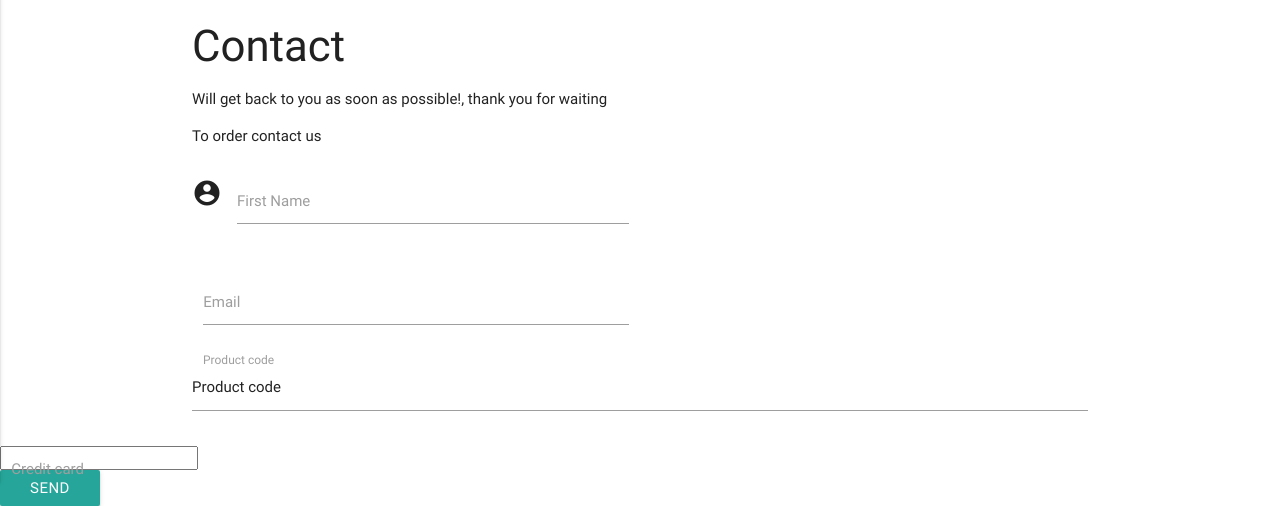
Repository: eazeldon/project-recipes-online-3
Page: http://localhost/contact
The author's editor kept a record of every edit. The page is drawn from the files as they stood at one moment, then again after the next edit.
The browser window is 1280 px wide. The pictures show the part of the page from y = 298 to 804 px (the page is 804 px tall).
Some web libraries are served in a nearby version. The page is served by the project's application, run on Flask 3 (app.py).

Above is the page before.

### templates/contact.html
{% extends 'base.html' %} {% block content %}
<h3>Contact</h3>

        <p>Will get back to you as soon as possible!, thank you for waiting</p>
        <p>To order contact us</p>

 <div class="row">
    <form class="col s12">
      <div class="row">
        <div class="input-field col s6">
          <i class="material-icons prefix">account_circle</i>
          <input id="icon_prefix" type="text" class="validate">
          <label for="icon_prefix">First Name</label>
        </div>
        </div>
<!---------
        <div class="input-field col s6">
          <i class="material-icons prefix">phone</i>
          <input id="icon_telephone" type="tel" class="validate">
          <label for="icon_telephone">Telephone</label>
        </div>
--------->



       <div class="input-field col s6">
          <input id="email" type="email" class="validate">
          <label for="email">Email</label>
          <span class="helper-text" data-error="wrong" data-success="right"></span>
        </div>
      </div>
     <div class="input-field col s6">
      <input value="Product code" id="product_code2" type="text" class="validate">
      <label class="active" for="product_code2">Product code</label>
    </div>
  </div>
  <div class="input-field col s6">
          <input id="credit" type="credit" class="validate">
          <label for="credit">Credit card</label>
          </div>
   </form>
</div>
<button type="submit" class="btn btn-secondary center-block">Send</button>
















<!--------------
<div class="row">
    <form class="col s12">
      <div class="row">
        <div class="input-field col s6">
          <i class="material-icons prefix">account_circle</i>
          <input id="icon_prefix" type="text" class="validate">
          <label for="icon_prefix">First Name</label>

          <div class="input-field col s12">
          <i class="material-icons prefix">phone</i>
          <input id="icon_telephone" type="tel" class="validate">
          <label for="icon_telephone">Telephone</label>
        </div>
       </div>
    </form>
  </div>
</div>
 <div class="row">
    <form class="col s12">
      <div class="row">
        <div class="input-field col s6">
          <input id="email" type="email" class="validate">
          <label for="email">Email</label>
          <span class="helper-text" data-error="wrong" data-success="right">Email Address</span>
        </div>
      </div>
    </form>
  </div>
 <div class="row">
    <form class="col s12">
      <div class="row"><div class="input-field col s6">
          <textarea id="icon_prefix2" class="materialize-textarea"></textarea>
          <label for="icon_prefix2">Product code</label>
          <i class="material-icons prefix2">card_travel</i>

             <input type="credit" name="credit">Credit card
            <label for="icon_prefix2">Cride card</label>
           <textarea id="icon_prefix2" class="materialize-textarea"></textarea>
        </div>
      </div>
      <button type="submit" class="btn btn-secondary center-block">Send</button>
    </form>
  </div>

<!-------------
<div class="row">
    <a href="{{url_for('contact')}}" class="waves-effect waves-light btn">
     <i class="material-icons right">SEND</i>
    </a>
</div>

---------->


{% endblock %}

### templates/base.html
<!DOCTYPE html>
<html lang="en">
<head>
    <meta charset="UTF-8">
    <meta name="viewport" content="width=device-width, initial-scale=1.0">
    <meta http-equiv="X-UA-Compatible" content="ie=edge">
    <title>Recipes-online-cookbook-project-3</title>


    <link href="https://fonts.googleapis.com/icon?family=Material+Icons" rel="stylesheet">
    <link rel="stylesheet" href="https://cdnjs.cloudflare.com/ajax/libs/materialize/0.100.2/css/materialize.min.css" type="text/css" />
    <link rel="stylesheet" href="{{url_for('static', filename='css/style.css')}}" type="text/css" />

</head>
<body>
<header>
        <nav>
            <div class="nav-wrapper">
                <a href="{{url_for('get_tasks')}}" class="brand-logo">Sugar Factory</a>
                <a href="#" data-activates="mobile-demo" class="button-collapse"><i class="material-icons">menu</i></a>
                <ul id="nav-mobile" class="right hide-on-med-and-down">

                    <li><a href="{{url_for('get_tasks')}}">Home</a></li>
                      <li><a href="{{url_for('recipes')}}">Recipes</a></li>
                    <li><a href="{{url_for('contact')}}">Contact</a></li>
                     <li><a href="{{url_for('products')}}">Products</a></li>
                     <li><a href="{{url_for('statistic')}}">Statistic</a></li>
                     <li><a href="{{url_for('get_categories')}}">Post</a></li>

                </ul>
                <ul class="side-nav" id="mobile-demo">


                     <li><a href="{{url_for('home')}}">Home</a></li>
                      <li><a href="{{url_for('recipes')}}">Recipes</a></li>
                     <li><a href="{{url_for('contact')}}">Contact</a></li>
                     <li><a href="{{url_for('products')}}">Products</a></li>
                      <li><a href="{{url_for('statistic')}}">Statistic</a></li>
                     <li><a href="{{url_for('get_categories')}}">Post</a></li>

                </ul>
            </div>
        </nav>

    <div class="row">
    <div class="col s12" style="background-image: url('https://www.bakedblooms.com/wp-content/uploads/2018/09/7F10A2AD-087F-4D1A-B7CD-E37C59668E2B-1200x550.jpeg')">

    <div class="opaque-overlay">&nbsp;</div>


      <div class="row">
        <div class="col s12">
          <div class="my_class" center-align>

           <h1>Sugar Factory from the maker</h1>

           <div class="my_class center-align"><h3>of recipes online</h3></span>
             </div>
           </div>
        </div>
        </div>
      </div>
    </div>







    </header>



    <div class="container">
        {% block content %} {% endblock %}
    </div>


    <script src="https://cdnjs.cloudflare.com/ajax/libs/jquery/3.2.1/jquery.min.js"></script>
    <script src="https://cdnjs.cloudflare.com/ajax/libs/materialize/0.100.2/js/materialize.min.js"></script>
    <script type="text/javascript">
        $(document).ready(function() {
            $('.collapsible').collapsible();
            $('select').material_select();
            $(".button-collapse").sideNav();
        })
    </script>



</body>
</html>

### app.py
import os
from flask import Flask, render_template, redirect, request, url_for
from flask_pymongo import PyMongo
from bson.objectid import ObjectId

app = Flask(__name__)
app.config["MONGO_DBNAME"] = 'recipes_book'
app.config["MONGO_URI"] = 'mongodb+srv://cakes:CakeSusr@myfirstcluster-ctiu9.mongodb.net/task_manager?retryWrites=true&w=majority'


mongo = PyMongo(app)



@app.route('/')
@app.route('/get_tasks')
def get_tasks():
    return render_template("tasks.html",  tasks=mongo.db.tasks.find())

@app.route('/add_task')
def add_task():
   return render_template('addtask.html', categories=mongo.db.categories.find())

@app.route('/home')
def home():
    return render_template("home.html")



@app.route('/recipes')
def recipes():
    return render_template("recipes.html")










@app.route('/contact')
def contact():


    return render_template("contact.html")







@app.route('/products')
def products():
    return render_template("products.html")



@app.route('/statistic')
def statistic():
    return render_template("statistic.html")





@app.route('/get_categories')
def get_categories():
    return render_template('categories.html',
                           categories=mongo.db.categories.find())

@app.route('/delete_category/<category_id>')
def delete_category(category_id):
   mongo.db.categories.remove({'_id': ObjectId(category_id)})
   return redirect(url_for('get_categories'))


@app.route('/edit_category/<category_id>')
def edit_category(category_id):
    return render_template('editcategory.html',
    category=mongo.db.categories.find_one({'_id': ObjectId(category_id)}))


@app.route('/update_category/<category_id>', methods=['POST'])
def update_category(category_id):
    mongo.db.categories.update(
        {'_id': ObjectId(category_id)},
        {'category_name': request.form.get('category_name')})
    return redirect(url_for('get_categories'))


@app.route('/insert_category', methods=['POST'])
def insert_category():
    category_doc = {'category_name': request.form.get('category_name')}
    mongo.db.categories.insert_one(category_doc)
    return redirect(url_for('get_categories'))


@app.route('/add_categories')
def add_category():
    return render_template('addcategories.html')

if __name__ == '__main__':
    app.run(host=os.environ.get('IP'),
            port=int(os.environ.get('PORT')),
            debug=True)

### static/css/style.css
.my_class {
    color:white;
}
.btn_small {
    height: 24px;
    width: 60px;
    line-height: 24px;
    margin: 5px 5px;
    padding: 0 0.5em;
}

After the next edit:
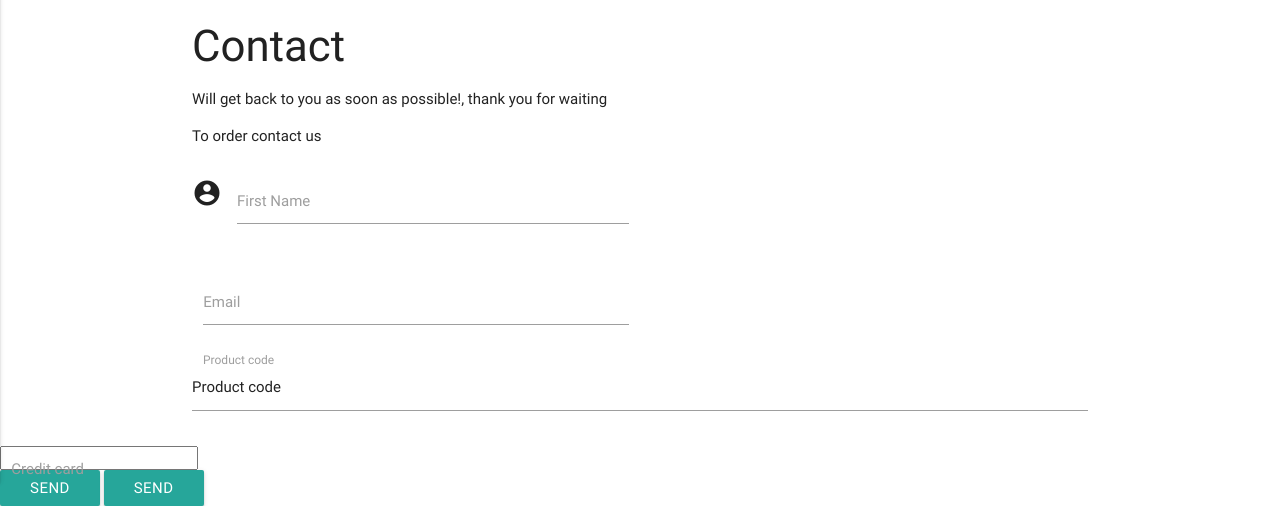
The edit:
--- a/templates/contact.html
+++ b/templates/contact.html
@@ -38,9 +38,11 @@
           <input id="credit" type="credit" class="validate">
           <label for="credit">Credit card</label>
           </div>
-   </form>
-</div>
-<button type="submit" class="btn btn-secondary center-block">Send</button>
+      <button type="submit" class="btn btn-secondary center-block">Send</button>
+
+      </form>
+    </div>
+    <button type="submit" class="btn btn-secondary center-block">Send</button>
 
 
 

After the edit that followed:
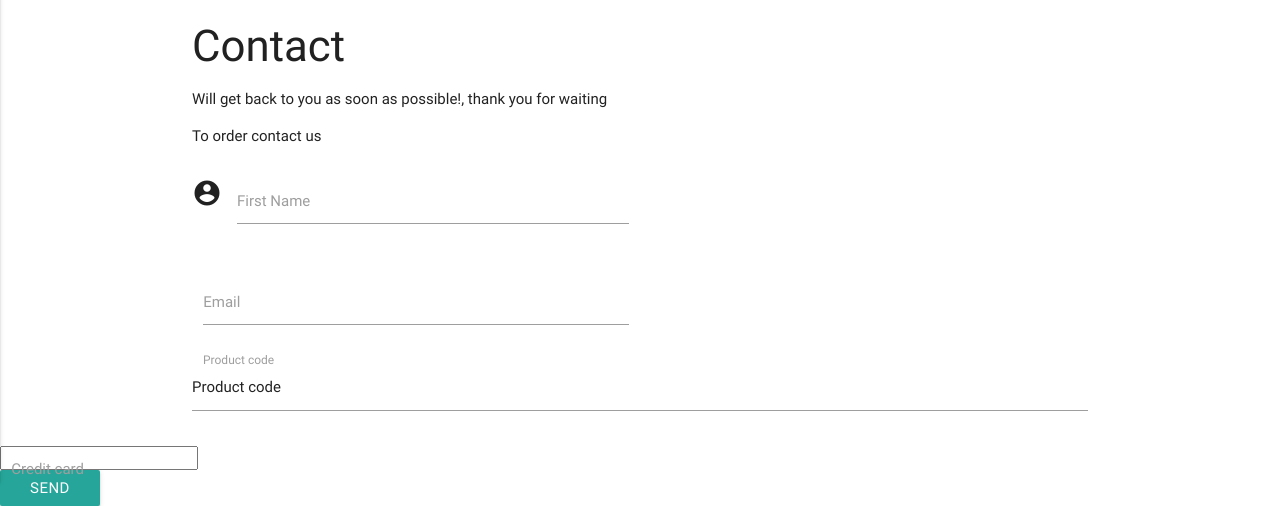
The edit:
--- a/templates/contact.html
+++ b/templates/contact.html
@@ -42,7 +42,6 @@
 
       </form>
     </div>
-    <button type="submit" class="btn btn-secondary center-block">Send</button>
 
 
 
